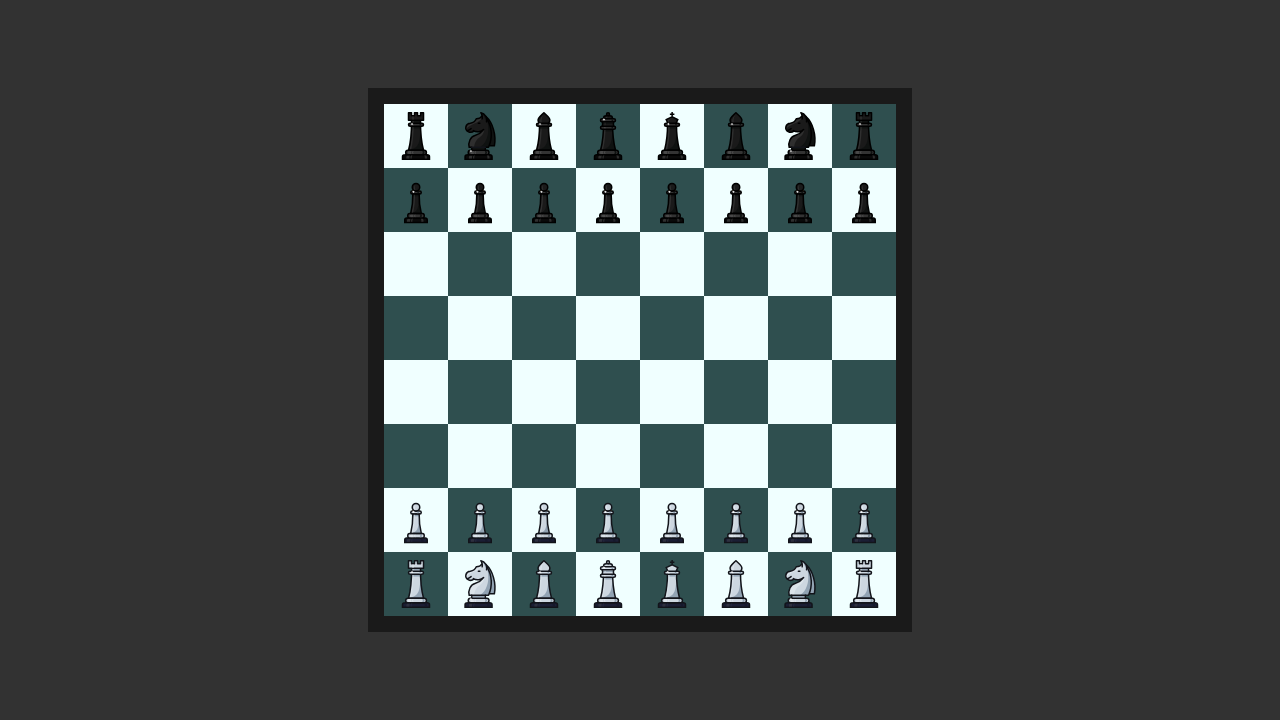
Repository: Mirsmog/react-chess
Page: /
The author's editor kept a copy of each file at every save. The page is drawn from the files as they stood at one save, then again after the next save.
The browser window is 1280 px wide. The pictures show the whole page.
The project was rebuilt for these pictures with package versions that can differ from the ones it lists, and the page was loaded fresh each time. Also part of the build but not shown: vite.config.ts.

Above is the page before, as saved 2023-10-28 19:09:26.

### src/App.tsx
import BoardComponent from '@/components/BoardComponent';
import { Board } from './models/Board';
import React from 'react';

const App = () => {
  const [board, setBoard] = React.useState(new Board());

  React.useEffect(() => {
    restart();
  }, []);

  function restart() {
    const newBoard = new Board();
    newBoard.initCells();
    newBoard.addFigures()
    setBoard(newBoard);
  }
  return (
    <div className='app'>
      <BoardComponent board={board} setBoard={setBoard} />
    </div>
  );
};

export default App;

### src/index.css
:root {
  --sell-size: 64px;
}

* {
  margin: 0;
  padding: 0;
}

.app {
  background-color: #323232;
  width: 100vw;
  height: 100vh;
  display: flex;
  justify-content: center;
  align-items: center;
}

.board {
  display: flex;
  width: calc(var(--sell-size) * 8);
  height: calc(var(--sell-size) * 8);
  flex-wrap: wrap;
  border: 16px solid #1a1a1a;
}

.cell {
  width: var(--sell-size);
  height: var(--sell-size);
  display: flex;
  justify-content: center;
  align-items: center;
}

.cell img {
  width: 48px;
  height: 48px;
  position: relative;
  cursor: pointer;
}

img[src*='/src/assets/pawn-white.svg'],
img[src*='/src/assets/pawn-black.svg'] {
  /* transform: scale(1.18); */
  transform: translateY(3px);
}

.black {
  background-color: darkslategrey;
}

.white {
  background-color: azure;
}

.selected img{
  transform: scale(1.2);
}

.available {
  display: inline-block;
  opacity: .3;
}

### src/components/BoardComponent.tsx
import { Board } from '@/models/Board';
import React from 'react';
import CellComponent from './CellComponent';
import { Cell } from '@/models/Cell';

type Props = {
  board: Board;
  setBoard: (board: Board) => void;
};

const BoardComponent: React.FC<Props> = ({ board, setBoard }) => {
  const [currentCell, setCurrentCell] = React.useState<Cell | null>(null);
  const click = (cell: Cell) => {
    cell.figure && setCurrentCell(cell);
    if (
      currentCell &&
      currentCell !== cell &&
      currentCell.figure?.canMove(cell)
    ) {
      currentCell.moveFigure(cell);
      setCurrentCell(null);
    } else {
      setCurrentCell(cell);
    }
  };
  React.useEffect(() => {
    highlightCells();
  }, [currentCell]);
  const highlightCells = () => {
    board.highlightCells(currentCell);
    updateBoard();
  };
  const updateBoard = () => {
    const newBoard = board.getCopyBoard();
    setBoard(newBoard);
  };
  return (
    <div className='board'>
      {board.cells.map((row, index) => (
        <React.Fragment key={index}>
          {row.map((cell) => (
            <CellComponent
              click={click}
              key={cell.id}
              cell={cell}
              selected={cell.x === currentCell?.x && cell.y === currentCell?.y}
              currentCell={currentCell}
            />
          ))}
        </React.Fragment>
      ))}
    </div>
  );
};

export default BoardComponent;

### src/models/Board.ts
import { Cell } from './Cell';
import { Colors } from './Colors';
import { Bishop } from './figures/Bishop';
import { King } from './figures/King';
import { Knight } from './figures/Knight';
import { Pawn } from './figures/Pawn';
import { Queen } from './figures/Queen';
import { Rook } from './figures/Rook';

export class Board {
  cells: Cell[][] = [];

  public initCells() {
    for (let i = 0; i < 8; i++) {
      const row: Cell[] = [];
      for (let j = 0; j < 8; j++) {
        if ((i + j) % 2 !== 0) {
          row.push(new Cell(this, j, i, Colors.BLACK, null)); // black
        } else {
          row.push(new Cell(this, j, i, Colors.WHITE, null)); // white
        }
      }
      this.cells.push(row);
    }
  }

  public highlightCells(selectedCell: Cell | null) {
    for (let i = 0; i < this.cells.length; i++) {
      const row = this.cells[i];
      for (let j = 0; j < row.length; j++) {
        const target = row[j];
        target.available = !!selectedCell?.figure?.canMove(target);
      }
    }
  }

  public getCell(x: number, y: number) {
    return this.cells[y][x];
  }

  public getCopyBoard(): Board {
    const newBoard = new Board()
    newBoard.cells = this.cells
    return newBoard
  }

  private addPawns() {
    for (let i = 0; i < 8; i++) {
      new Pawn(Colors.BLACK, this.getCell(i, 1));
      new Pawn(Colors.WHITE, this.getCell(i, 6));
    }
  }
  private addKings() {
    new King(Colors.BLACK, this.getCell(4, 0));
    new King(Colors.WHITE, this.getCell(4, 7));
  }
  private addQueens() {
    new Queen(Colors.BLACK, this.getCell(3, 0));
    new Queen(Colors.WHITE, this.getCell(3, 7));
  }
  private addBishops() {
    new Bishop(Colors.BLACK, this.getCell(2, 0));
    new Bishop(Colors.BLACK, this.getCell(5, 0));
    new Bishop(Colors.WHITE, this.getCell(2, 7));
    new Bishop(Colors.WHITE, this.getCell(5, 7));
  }
  private addKnights() {
    new Knight(Colors.BLACK, this.getCell(1, 0));
    new Knight(Colors.BLACK, this.getCell(6, 0));
    new Knight(Colors.WHITE, this.getCell(1, 7));
    new Knight(Colors.WHITE, this.getCell(6, 7));
  }
  private addRooks() {
    new Rook(Colors.BLACK, this.getCell(0, 0));
    new Rook(Colors.BLACK, this.getCell(7, 0));
    new Rook(Colors.WHITE, this.getCell(0, 7));
    new Rook(Colors.WHITE, this.getCell(7, 7));
  }

  public addFigures() {
    this.addKings();
    this.addBishops();
    this.addKnights();
    this.addQueens();
    this.addPawns();
    this.addRooks();
  }
}

### src/components/CellComponent.tsx
import { Cell } from '@/models/Cell';
import React from 'react';

type Props = {
  cell: Cell;
  selected: boolean;
  currentCell: Cell | null;
  click: (cell: Cell) => void;
};

const CellComponent: React.FC<Props> = ({
  cell,
  currentCell,
  selected,
  click,
}) => {
  return (
    <div
      className={`cell ${cell.color} ${selected && 'selected'}`}
      onClick={() => click(cell)}
      style={{ backgroundColor: cell.available && cell.figure ? 'green' : '' }}
    >
      {cell.available && !cell.figure && (
        <img src={`${currentCell?.figure?.logo}`} className='available' />
      )}
      {cell.figure?.logo && (
        <img src={cell.figure.logo} alt={cell.figure.logo} />
      )}
    </div>
  );
};

export default CellComponent;

### src/models/Cell.ts
import { Board } from './Board';
import { Colors } from './Colors';
import { Figure } from './figures/Figure';

export class Cell {
  readonly x: number;
  readonly y: number;
  readonly color: Colors;
  figure: Figure | null;
  board: Board;
  available: boolean;
  id: number;

  constructor(
    board: Board,
    x: number,
    y: number,
    color: Colors,
    figure: Figure | null
  ) {
    this.board = board;
    this.figure = figure;
    this.color = color;
    this.x = x;
    this.y = y;
    this.available = false;
    this.id = Math.random();
  }

  empty() {
    return this.figure === null;
  }

  enemy(target: Cell) {
    if (target.figure) {
      return this.figure?.color !== target.figure.color;
    }
  }

  emptyVertical(target: Cell): boolean {
    if (this.x !== target.x) {
      return false;
    }

    const min = Math.min(this.y, target.y);
    const max = Math.max(this.y, target.y);

    for (let y = min + 1; y < max; y++) {
      if (!this.board.getCell(this.x, y).empty()) {
        return false;
      }
    }
    return true;
  }
  emptyHorizontal(target: Cell): boolean {
    if (this.y !== target.y) {
      return false;
    }

    const min = Math.min(this.x, target.x);
    const max = Math.max(this.x, target.x);

    for (let x = min + 1; x < max; x++) {
      if (!this.board.getCell(x, this.y).empty()) {
        return false;
      }
    }
    return true;
  }
  emptyDiagonal(target: Cell): boolean {
    const absX = Math.abs(target.x - this.x);
    const absY = Math.abs(target.y - this.y);
    if (absX !== absY) return false;
    const dy = this.y < target.y ? 1 : -1;
    const dx = this.y < target.x ? 1 : -1;
    for (let i = 1; i < absY; i++) {
      if (!this.board.getCell(this.x + dx * i, this.y + dy * i).empty())
        return false;
    }
    return true;
  }

  setFigure(figure: Figure) {
    this.figure = figure;
    this.figure.cell = this;
  }

  moveFigure(target: Cell) {
    if (this.figure && this.figure?.canMove(target)) {
      this.figure.moveFigure(target);
      target.setFigure(this.figure);
      this.figure = null;
    }
  }
}

### src/models/Colors.ts
export enum Colors {
  BLACK = 'black',
  WHITE = 'white',
}

### src/models/figures/Bishop.ts
import { Cell } from '../Cell';
import { Colors } from '../Colors';
import { Figure, FigureName } from './Figure';
import bishopBlack from '@/assets/bishop-black.svg';
import bishopWhite from '@/assets/bishop-white.svg';
export class Bishop extends Figure {
  constructor(color: Colors, cell: Cell) {
    super(color, cell);
    this.logo = color === Colors.BLACK ? bishopBlack : bishopWhite;
    this.name = FigureName.BISHOP;
  }
  canMove(target: Cell): boolean {
    if (!super.canMove(target)) {
      return false;
    }
    if (this.cell.emptyDiagonal(target)) return true;
    return false;
  }
}

### src/models/figures/King.ts
import { Cell } from '../Cell';
import { Colors } from '../Colors';
import { Figure, FigureName } from './Figure';
import kingBlack from '@/assets/king-black.svg';
import kingWhite from '@/assets/king-white.svg';
export class King extends Figure {
  constructor(color: Colors, cell: Cell) {
    super(color, cell);
    this.logo = color === Colors.BLACK ? kingBlack : kingWhite;
    this.name = FigureName.KING;
  }
  canMove(target: Cell): boolean {
    if (!super.canMove(target)) {
      return false;
    }

    const deltaX = Math.abs(this.cell.x - target.x);
    const deltaY = Math.abs(this.cell.y - target.y);
    if (deltaX <= 1 && deltaY <= 1) return true;
    return false;
  }
}

### src/models/figures/Knight.ts
import { Cell } from '../Cell';
import { Colors } from '../Colors';
import { Figure, FigureName } from './Figure';
import knightBlack from '@/assets/knight-black.svg';
import knightWhite from '@/assets/knight-white.svg';
export class Knight extends Figure {
  constructor(color: Colors, cell: Cell) {
    super(color, cell);
    this.logo = color === Colors.BLACK ? knightBlack : knightWhite;
    this.name = FigureName.KNIGHT;
  }
  canMove(target: Cell): boolean {
    if (!super.canMove(target)) {
      return false;
    }
    const dx = Math.abs(this.cell.x - target.x);
    const dy = Math.abs(this.cell.y - target.y);
    return (dx === 1) && (dy === 2) || (dx === 2) && (dy === 1);
  }
}

### src/models/figures/Pawn.ts
import { dir } from 'console';
import { Cell } from '../Cell';
import { Colors } from '../Colors';
import { Figure, FigureName } from './Figure';
import pawnBlack from '@/assets/pawn-black.svg';
import pawnWhite from '@/assets/pawn-white.svg';
export class Pawn extends Figure {
  firstSteep: boolean = true;
  constructor(color: Colors, cell: Cell) {
    super(color, cell);
    this.logo = color === Colors.BLACK ? pawnBlack : pawnWhite;
    this.name = FigureName.PAWN;
  }
  canMove(target: Cell): boolean {
    if (!super.canMove(target)) {
      return false;
    }
    const direction = this.cell.figure?.color === Colors.BLACK ? 1 : -1;
    const firstSteepDirection =
      this.cell.figure?.color === Colors.BLACK ? 2 : -2;
    if (
      (target.y === this.cell.y + direction ||
        (this.firstSteep && target.y === this.cell.y + firstSteepDirection)) &&
      target.x === this.cell.x &&
      this.cell.board.getCell(target.x, target.y).empty()
    )
      return true;

    if (
      target.y === this.cell.y + direction &&
      (target.x === this.cell.x + 1 || target.x === this.cell.x - 1) &&
      this.cell.enemy(target)
    ) {
      return true;
    }
    return false;
  }
  moveFigure(target: Cell): void {
    super.moveFigure(target);
    this.firstSteep = false;
  }
}

### src/models/figures/Queen.ts
import { Cell } from '../Cell';
import { Colors } from '../Colors';
import { Figure, FigureName } from './Figure';
import queenBlack from '@/assets/queen-black.svg';
import queenWhite from '@/assets/queen-white.svg';
export class Queen extends Figure {
  constructor(color: Colors, cell: Cell) {
    super(color, cell);
    this.logo = color === Colors.BLACK ? queenBlack : queenWhite;
    this.name = FigureName.QUEEN;
  }
  canMove(target: Cell): boolean {
    if (!super.canMove(target)) {
      return false;
    }
    if (this.cell.emptyVertical(target)) {
      return true;
    }
    if (this.cell.emptyHorizontal(target)) {
      return true;
    }
    if (this.cell.emptyDiagonal(target)) {
      return true;
    }
    return false;
  }
}

### src/models/figures/Rook.ts
import { Cell } from '../Cell';
import { Colors } from '../Colors';
import { Figure, FigureName } from './Figure';
import rookBlack from '@/assets/rook-black.svg';
import rookWhite from '@/assets/rook-white.svg';
export class Rook extends Figure {
  constructor(color: Colors, cell: Cell) {
    super(color, cell);
    this.logo = color === Colors.BLACK ? rookBlack : rookWhite;
    this.name = FigureName.ROOK;
  }
  canMove(target: Cell): boolean {
    if (!super.canMove(target)) {
      return false;
    }
    if (this.cell.emptyHorizontal(target)) {
      return true;
    }
    if (this.cell.emptyVertical(target)) {
      return true;
    }
    return false;
  }
}

### src/models/figures/Figure.ts
import { Cell } from '../Cell';
import { Colors } from '../Colors';
import logo from '@/assets/bishop-black.svg';

export enum FigureName {
  FIGURE = 'figure',
  KING = 'king',
  QUEEN = 'queen',
  ROOK = 'rook',
  BISHOP = 'bishop',
  PAWN = 'pawn',
  KNIGHT = 'knight',
}

export class Figure {
  color: Colors;
  logo: typeof logo | null;
  cell: Cell;
  name: FigureName;
  id: number;

  constructor(color: Colors, cell: Cell) {
    this.color = color;
    this.cell = cell;
    this.cell.figure = this;
    this.logo = null;
    this.name = FigureName.FIGURE;
    this.id = Math.random();
  }

  canMove(target: Cell): boolean {
    if (target.figure?.color === this.color) return false;
    if (target.figure?.name === FigureName.KING) return false;
    return true;
  }
  moveFigure(target: Cell) {}
}

Loaded but not shown: index.html (common file); src/main.tsx (common file)

After the next save:
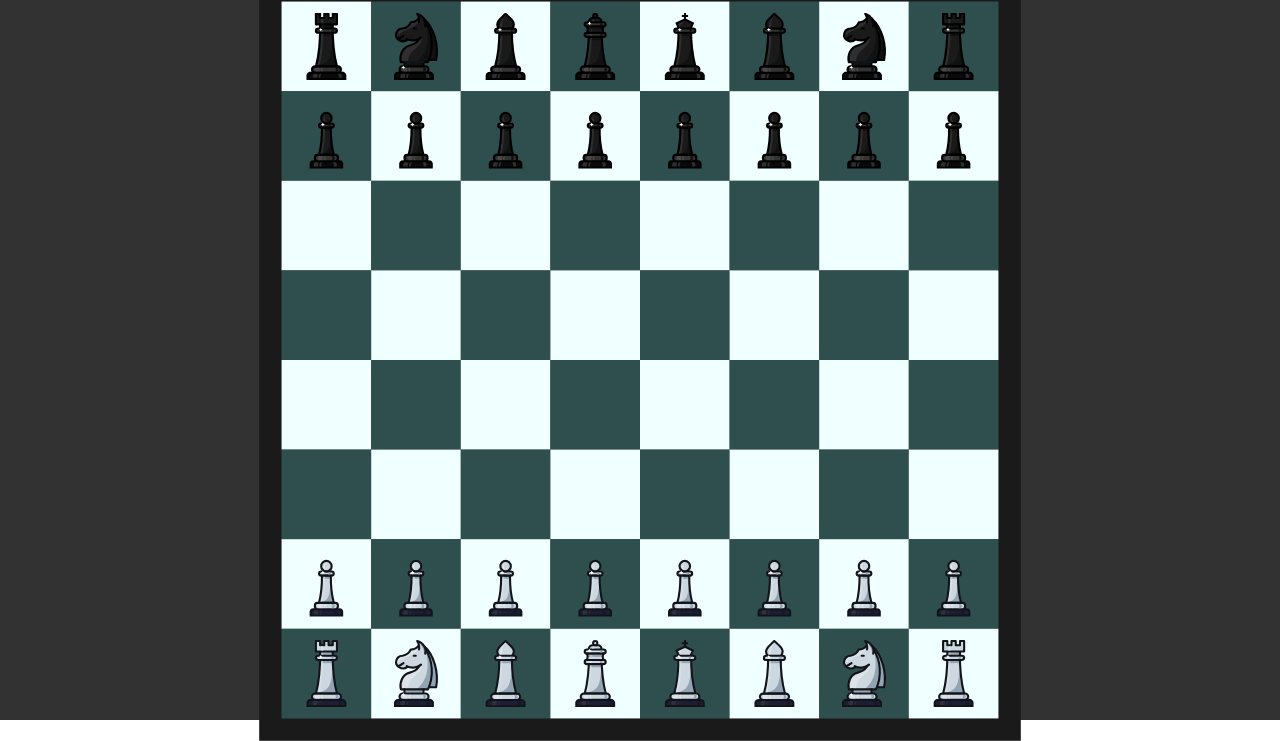
Saved 105 s later.
--- a/src/index.css
+++ b/src/index.css
@@ -22,6 +22,7 @@
   height: calc(var(--sell-size) * 8);
   flex-wrap: wrap;
   border: 16px solid #1a1a1a;
+  transform: scale(1.4)
 }
 
 .cell {
@@ -41,7 +42,6 @@
 
 img[src*='/src/assets/pawn-white.svg'],
 img[src*='/src/assets/pawn-black.svg'] {
-  /* transform: scale(1.18); */
   transform: translateY(3px);
 }
 
